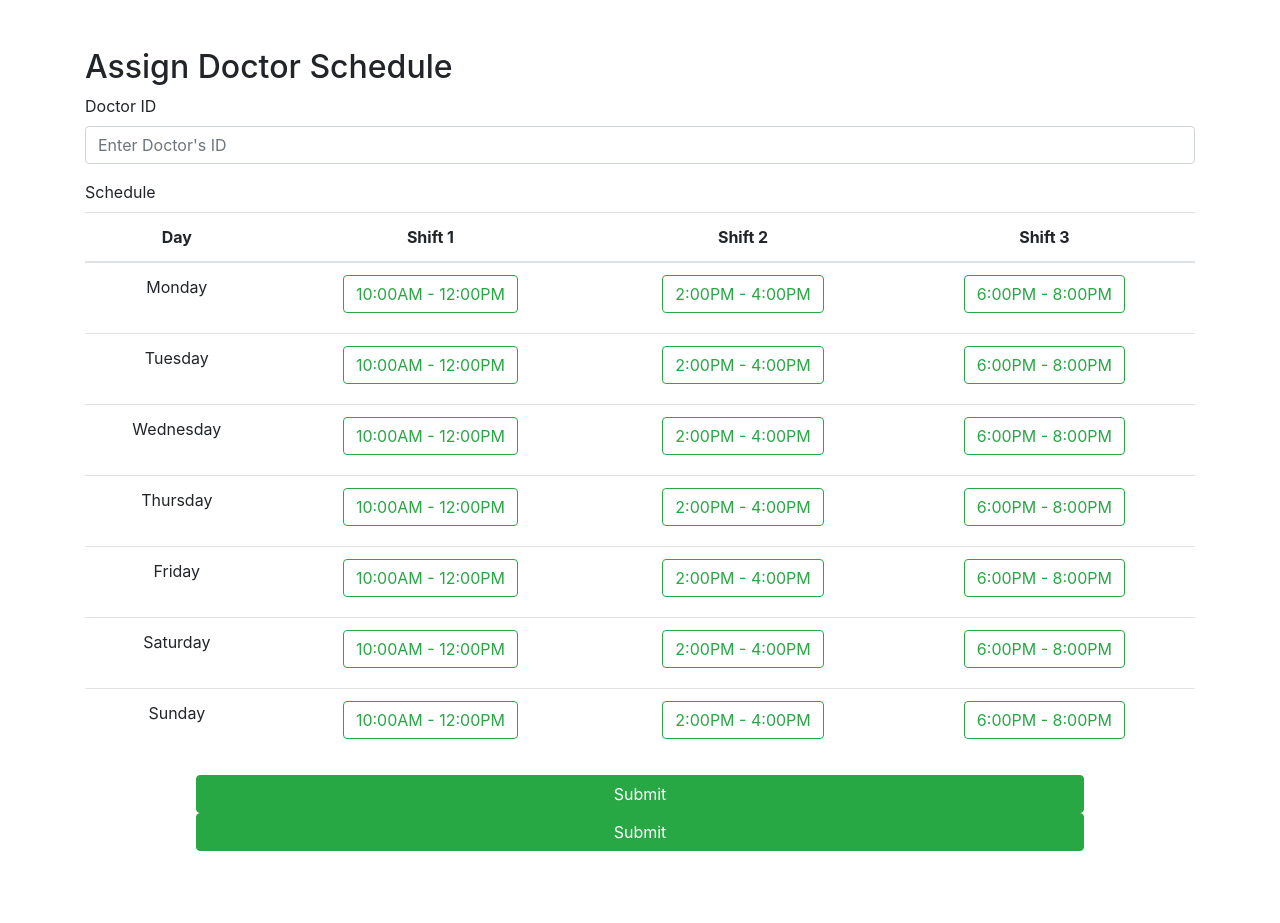
Repository: theonlymono/FitfinityHealthcareWebsiteJ2EE
Page: http://localhost/Fitfinity/DrSchedule.jsp
These files come from the project's save history. The page is drawn as it stood at one moment and after the next save; the edit follows.
The browser window is 1280 px wide. The pictures show the whole page.
Some web libraries are served in a nearby version. The page is served by Tomcat 9. Other server files are loaded and not shown.

Above is the page before, as saved 2024-02-27 18:22:52.

### fitfinity/Fitfinity/WebContent/DrSchedule.jsp
<%@ page language="java" contentType="text/html; charset=UTF-8" pageEncoding="UTF-8"%>
<!DOCTYPE html>
<html lang="en">
<head>
  <meta charset="UTF-8">
  <meta name="viewport" content="width=device-width, initial-scale=1.0">
  <title>Assign Doctor Schedule</title>
  <!-- Bootstrap CSS -->
  <link href="https://stackpath.bootstrapcdn.com/bootstrap/4.5.2/css/bootstrap.min.css" rel="stylesheet">
  <!-- Custom CSS -->
  <style>
    /* Add custom styles here */
    .shift-btn {
      margin-right: 10px;
      margin-bottom: 5px;
      display: none; /* Hide actual checkboxes */
    }
    .shift-btn.active-label {
      background-color: #007bff;
      color: #fff;
    }
    .shift-btn.active-label::before {
      content: "✔"; /* Display checkmark */
      margin-right: 5px;
    }
    .shift-btn:checked + label {
      background-color: #007bff;
      color: #fff;
    }
    th {
      text-align: center;
    }
    td {
      text-align: center;
    }
    .ddd{
     te
    }
  </style>
</head>
<body>
  <div class="container">
    <h2 class="mt-5">Assign Doctor Schedule</h2>
    <form action="AddDoctorSchedule" method="post">
      <div class="form-group">
        <label for="doctorID">Doctor ID</label>
        <input type="text" class="form-control" id="doctorID" name="doctorID" placeholder="Enter Doctor's ID">
      </div>
      <div class="form-group">
        <label>Schedule</label>
        <table class="table">
          <thead>
            <tr>
              <th>Day</th>
              <th>Shift 1</th>
              <th>Shift 2</th>
              <th>Shift 3</th>
            </tr>
          </thead>
          <tbody>
            <tr>
              <td>Monday</td>
              <td>
                <input type="checkbox" id="mondayShift1" class="shift-btn" name="shift" value="Monday,10:00AM - 12:00PM">
                <label for="mondayShift1" class="btn btn-outline-success shift-btn-label">10:00AM - 12:00PM</label>
              </td>
              <td>
                <input type="checkbox" id="mondayShift2" class="shift-btn" name="shift" value="Monday,2:00PM - 4:00PM">
                <label for="mondayShift2" class="btn btn-outline-success shift-btn-label">2:00PM - 4:00PM</label>
              </td>
              <td>
                <input type="checkbox" id="mondayShift3" class="shift-btn" name="shift" value="Monday,6:00PM - 8:00PM">
                <label for="mondayShift3" class="btn btn-outline-success shift-btn-label">6:00PM - 8:00PM</label>
              </td>
            </tr>
            <!-- Repeat rows for other days -->
            <!-- Tuesday -->
            <tr>
              <td>Tuesday</td>
              <td>
                <input type="checkbox" id="tuesdayShift1" class="shift-btn" name="shift" value="Tuesday,10:00AM - 12:00PM">
                <label for="tuesdayShift1" class="btn btn-outline-success shift-btn-label">10:00AM - 12:00PM</label>
              </td>
              <td>
                <input type="checkbox" id="tuesdayShift2" class="shift-btn" name="shift" value="Tuesday,2:00PM - 4:00PM">
                <label for="tuesdayShift2" class="btn btn-outline-success shift-btn-label">2:00PM - 4:00PM</label>
              </td>
              <td>
                <input type="checkbox" id="tuesdayShift3" class="shift-btn" name="shift" value="Tuesday,6:00PM - 8:00PM">
                <label for="tuesdayShift3" class="btn btn-outline-success shift-btn-label">6:00PM - 8:00PM</label>
              </td>
            </tr>
            <!-- Repeat rows for other days -->
            <!-- Wednesday -->
            <tr>
              <td>Wednesday</td>
              <td>
                <input type="checkbox" id="wednesdayShift1" class="shift-btn" name="shift" value="Wednesday,10:00AM - 12:00PM">
                <label for="wednesdayShift1" class="btn btn-outline-success shift-btn-label">10:00AM - 12:00PM</label>
              </td>
              <td>
                <input type="checkbox" id="wednesdayShift2" class="shift-btn" name="shift" value="Wednesday,2:00PM - 4:00PM">
                <label for="wednesdayShift2" class="btn btn-outline-success shift-btn-label">2:00PM - 4:00PM</label>
              </td>
              <td>
                <input type="checkbox" id="wednesdayShift3" class="shift-btn" name="shift" value="Wednesday,6:00PM - 8:00PM">
                <label for="wednesdayShift3" class="btn btn-outline-success shift-btn-label">6:00PM - 8:00PM</label>
              </td>
            </tr>
            <!-- Repeat rows for other days -->
            <!-- Thursday -->
            <tr>
              <td>Thursday</td>
              <td>
                <input type="checkbox" id="thursdayShift1" class="shift-btn" name="shift" value="Thursday,10:00AM - 12:00PM">
                <label for="thursdayShift1" class="btn btn-outline-success shift-btn-label">10:00AM - 12:00PM</label>
              </td>
              <td>
                <input type="checkbox" id="thursdayShift2" class="shift-btn" name="shift" value="Thursday,2:00PM - 4:00PM">
                <label for="thursdayShift2" class="btn btn-outline-success shift-btn-label">2:00PM - 4:00PM</label>
              </td>
              <td>
                <input type="checkbox" id="thursdayShift3" class="shift-btn" name="shift" value="Thursday,6:00PM - 8:00PM">
                <label for="thursdayShift3" class="btn btn-outline-success shift-btn-label">6:00PM - 8:00PM</label>
              </td>
            </tr>
            <!-- Repeat rows for other days -->
            <!-- Friday -->
            <tr>
              <td>Friday</td>
              <td>
                <input type="checkbox" id="fridayShift1" class="shift-btn" name="shift" value="Friday,10:00AM - 12:00PM">
                <label for="fridayShift1" class="btn btn-outline-success shift-btn-label">10:00AM - 12:00PM</label>
              </td>
              <td>
                <input type="checkbox" id="fridayShift2" class="shift-btn" name="shift" value="Friday,2:00PM - 4:00PM">
                <label for="fridayShift2" class="btn btn-outline-success shift-btn-label">2:00PM - 4:00PM</label>
              </td>
              <td>
                <input type="checkbox" id="fridayShift3" class="shift-btn" name="shift" value="Friday,6:00PM - 8:00PM">
                <label for="fridayShift3" class="btn btn-outline-success shift-btn-label">6:00PM - 8:00PM</label>
              </td>
            </tr>
            <!-- Repeat rows for other days -->
            <!-- Saturday -->
            <tr>
              <td>Saturday</td>
              <td>
                <input type="checkbox" id="saturdayShift1" class="shift-btn" name="shift" value="Saturday,10:00AM - 12:00PM">
                <label for="saturdayShift1" class="btn btn-outline-success shift-btn-label">10:00AM - 12:00PM</label>
              </td>
              <td>
                <input type="checkbox" id="saturdayShift2" class="shift-btn" name="shift" value="Saturday,2:00PM - 4:00PM">
                <label for="saturdayShift2" class="btn btn-outline-success shift-btn-label">2:00PM - 4:00PM</label>
              </td>
              <td>
                <input type="checkbox" id="saturdayShift3" class="shift-btn" name="shift" value="Saturday,6:00PM - 8:00PM">
                <label for="saturdayShift3" class="btn btn-outline-success shift-btn-label">6:00PM - 8:00PM</label>
              </td>
            </tr>
            <!-- Repeat rows for other days -->
            <!-- Sunday -->
            <tr>
              <td>Sunday</td>
              <td>
                <input type="checkbox" id="sundayShift1" class="shift-btn" name="shift" value="Sunday,10:00AM - 12:00PM">
                <label for="sundayShift1" class="btn btn-outline-success shift-btn-label">10:00AM - 12:00PM</label>
              </td>
              <td>
                <input type="checkbox" id="sundayShift2" class="shift-btn" name="shift" value="Sunday,2:00PM - 4:00PM">
                <label for="sundayShift2" class="btn btn-outline-success shift-btn-label">2:00PM - 4:00PM</label>
              </td>
              <td>
                <input type="checkbox" id="sundayShift3" class="shift-btn" name="shift" value="Sunday,6:00PM - 8:00PM">
                <label for="sundayShift3" class="btn btn-outline-success shift-btn-label">6:00PM - 8:00PM</label>
              </td>
            </tr>
          </tbody>
        </table>
      </div>
      <button style="margin-left: 10%; width: 80%; " type="submit" class="btn btn-success">Submit</button>
    </form>
    <button style="margin-top: ; margin-left: 10%; width: 80%; " type="submit" class="btn btn-success">Submit</button>
    <br>
    <br>
    <br>
    <br>
  </div>

  <!-- Bootstrap JS -->
  <script src="https://code.jquery.com/jquery-3.5.1.slim.min.js"></script>
  <script src="https://cdn.jsdelivr.net/npm/@popperjs/core@2.5.4/dist/umd/popper.min.js"></script>
  <script src="https://stackpath.bootstrapcdn.com/bootstrap/4.5.2/js/bootstrap.min.js"></script>
  <!-- Custom JS -->
  <script>
    // Disable selecting other shifts in the same day once one shift is selected
    $('.shift-btn').click(function() {
      var day = $(this).parent().prevAll('td').last().text().trim();
      $('.shift-btn').each(function() {
        if ($(this).parent().prevAll('td').last().text().trim() === day && $(this).hasClass('active')) {
          $(this).prop('checked', false);
          $(this).removeClass('active');
        }
      });
      $(this).addClass('active');
    });
  </script>
</body>
</html>

After the next save:
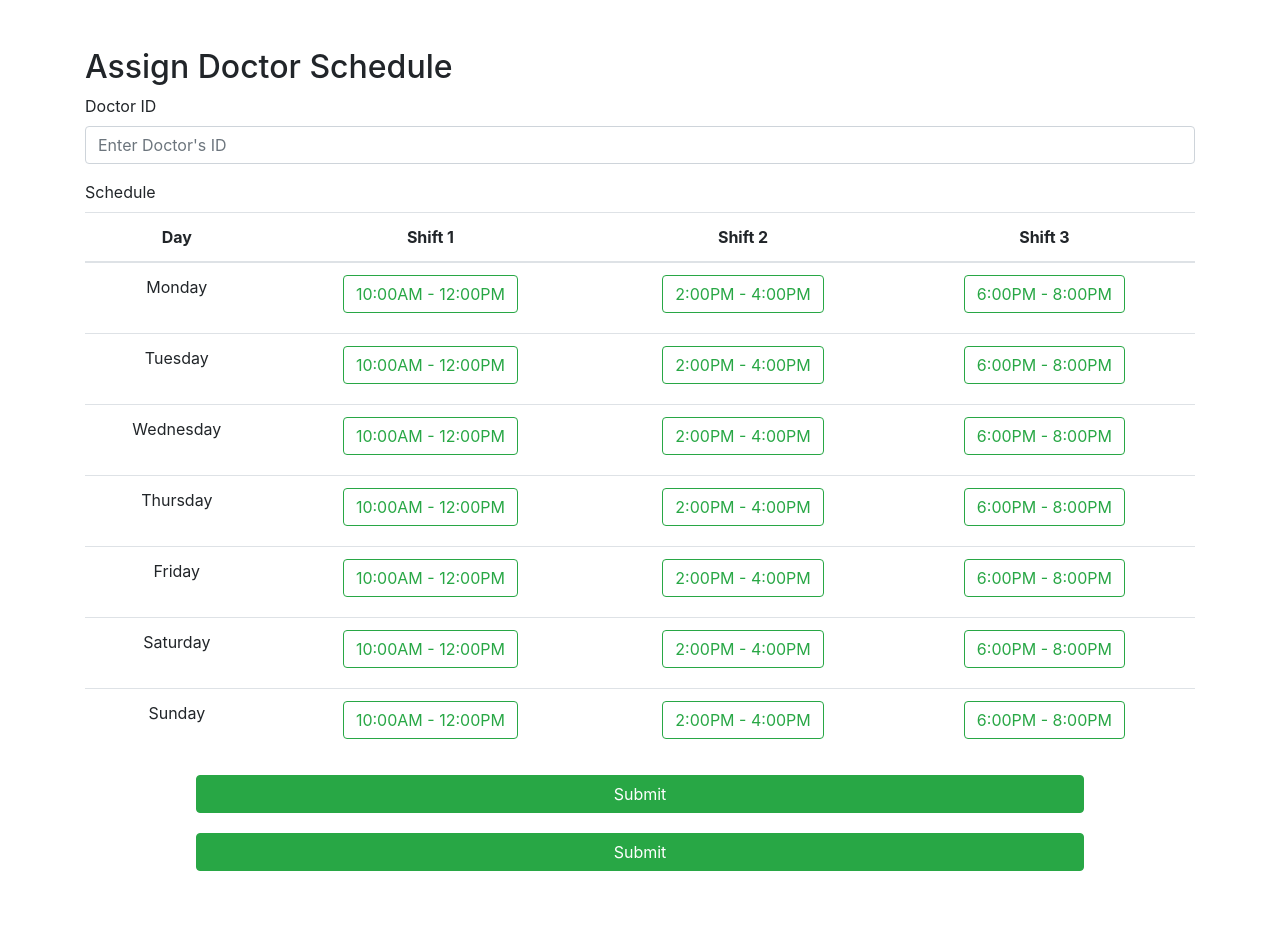
Saved 3 min 28 s later.
--- a/fitfinity/Fitfinity/WebContent/DrSchedule.jsp
+++ b/fitfinity/Fitfinity/WebContent/DrSchedule.jsp
@@ -180,7 +180,7 @@
       </div>
       <button style="margin-left: 10%; width: 80%; " type="submit" class="btn btn-success">Submit</button>
     </form>
-    <button style="margin-top: ; margin-left: 10%; width: 80%; " type="submit" class="btn btn-success">Submit</button>
+    <button style="margin-top: 20px; margin-left: 10%; width: 80%; " type="submit" class="btn btn-success">Submit</button>
     <br>
     <br>
     <br>
